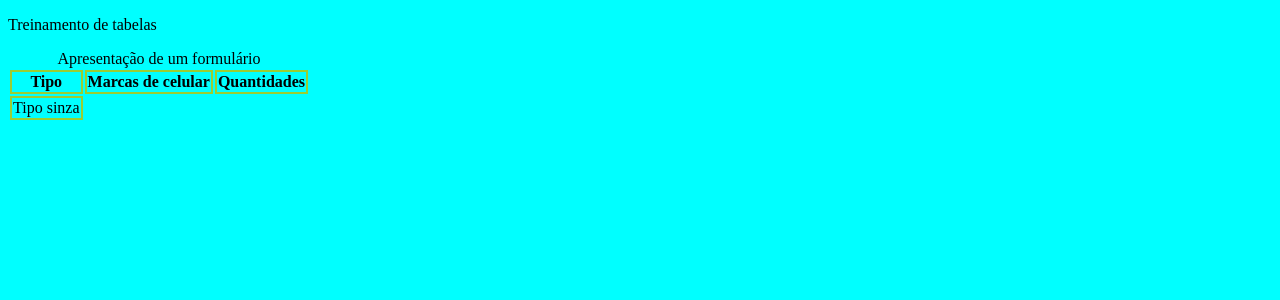
Repository: Vilmar-Freire/ESTUDOS-01-vilmar
Page: workspaces/SO-FIXAÇÃO-HTML/tabela.html
These files come from the project's save history. The page is drawn as it stood at one moment and after a run of saves; the edit follows.
The browser window is 1280 px wide. The pictures show the whole page.

Above is the page before, as saved 2026-08-17 13:25:39.

### workspaces/SO-FIXAÇÃO-HTML/tabela.html
<!DOCTYPE html>
<html lang="pt-BR">
<head>
    <meta charset="UTF-8">
    <meta name="language" content="pt-BR">
    <meta name="keywords" content="Programacao, html, css, JavaScript">
    <meta name="author" content="Vilmar Freire">
    <meta name="description" content="Tabelas">
    <link rel="stylesheet" href="./tabela.css">
    <meta name="viewport" content="width=device-width, initial-scale=1.0">
    <title>Tabelas</title>
</head>
<body>
    <p>Treinamento de tabelas</p>
    <table>
        <caption>Apresentação de um formulário</caption>
        <thead>
            <th>Tipo</th>
            <th>Marcas de celular</th>
            <th>Quantidades</th>
        </thead>

        <tbody>
            <tr>
                <td>Tipo sinza</td>
            </tr>
        </tbody>
    </table>
</body>
</html>

### workspaces/SO-FIXAÇÃO-HTML/tabela.css
body{
    background-color: aqua;
}

table th, table td{
    border: 2px solid yellowgreen;
}

After the next 5 saves:
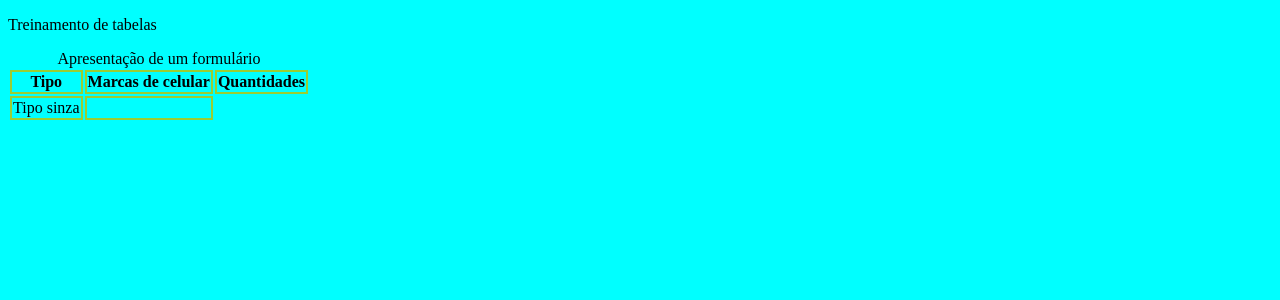
The 5 saves are shown as one change because they came seconds apart.
The last was saved 12 s later.
--- a/workspaces/SO-FIXAÇÃO-HTML/tabela.html
+++ b/workspaces/SO-FIXAÇÃO-HTML/tabela.html
@@ -23,6 +23,7 @@
         <tbody>
             <tr>
                 <td>Tipo sinza</td>
+                <td></td>
             </tr>
         </tbody>
     </table>
